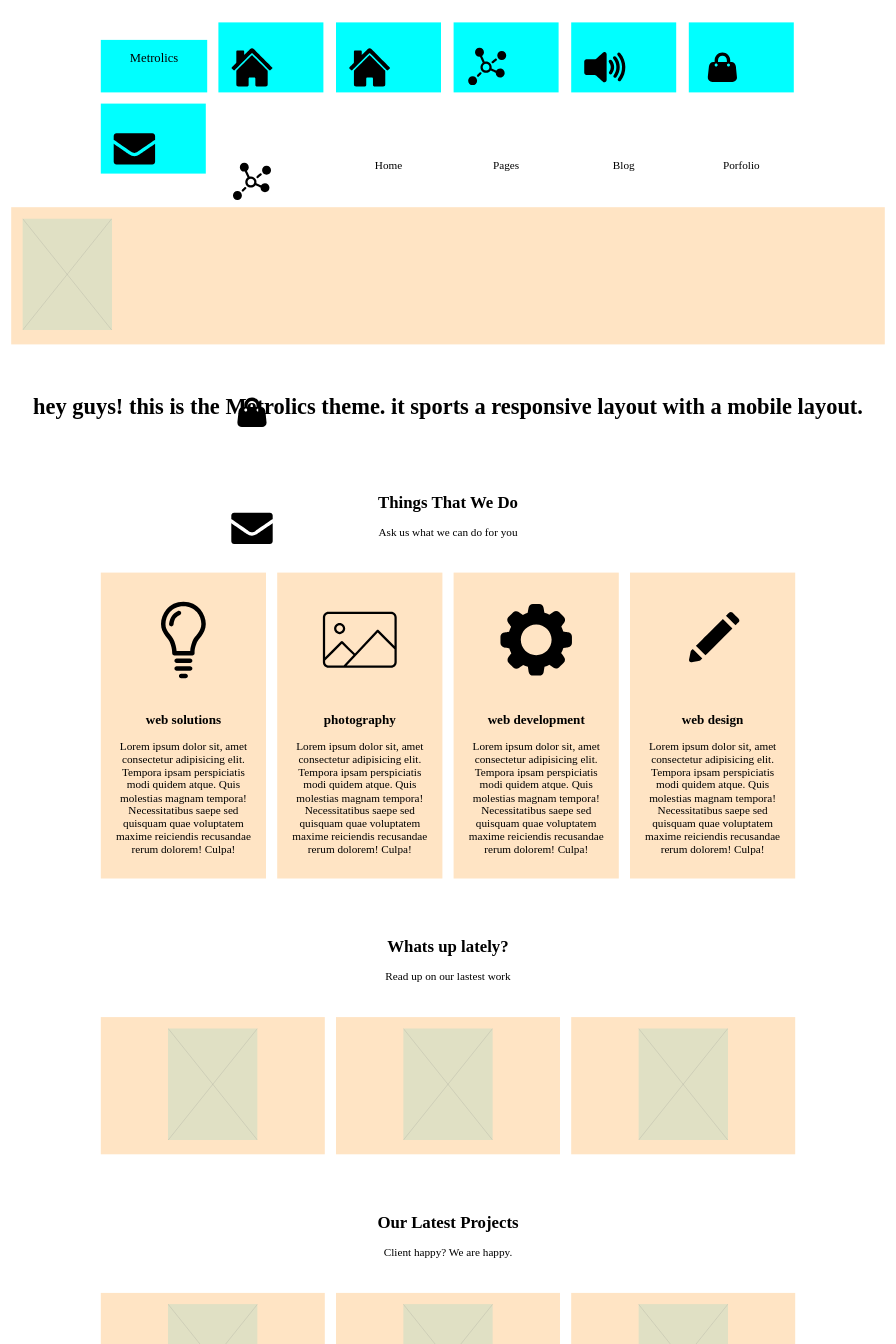
Repository: jjennbui/MDIA2003G-Assignment03B
Page: index.html
These files come from the project's save history. The page is drawn as it stood at one moment and after the next save; the edit follows.
The browser window is 1280 px wide. The pictures show the part of the page from y = 0 to 1920 px (the page is 2739 px tall before and 2660 px after), at 70% of full size.

Above is the page before, as saved 2023-01-30 23:10:56.

### index.html
<!doctype html>
<html class="no-js" lang="">

<head>
  <meta charset="utf-8">
  <title></title>
  <meta name="description" content="">
  <meta name="viewport" content="width=device-width, initial-scale=1">

  <meta property="og:title" content="">
  <meta property="og:type" content="">
  <meta property="og:url" content="">
  <meta property="og:image" content="">

  <link rel="manifest" href="site.webmanifest">
  <link rel="apple-touch-icon" href="icon.png">
  <!-- Place favicon.ico in the root directory -->

  <link rel="stylesheet" href="css/normalize.css">
  <link rel="stylesheet" href="css/main.css">

  <meta name="theme-color" content="#fafafa">
</head>

<body>

  <div class="menu">

    <div class="row tabs">
      <div class="Metrolics">Metrolics</div>

      <div class="navicon">
        <img src="img/house-solid.svg">
        <img src="img/network-solid.svg">
        <img src="img/volume-3-solid.svg">
        <img src="img/handbag-solid.svg">
        <img src="img/envelope-solid.svg">

      </div>

      <div class="navicon"> <img src="img/house-solid.svg"  >
      <p>Home</p> </div>
      <div class="navicon"> <img src="img/network-solid.svg">
      <p>Pages</p></div>
      <div class="navicon"><img src="img/volume-3-solid.svg">
      <p>Blog</p></div>
      <div class="navicon"> <img src="img/handbag-solid.svg">
      <p>Porfolio</p></div>
      <div class="navicon"> <img src="img/envelope-solid.svg">
      <p>Home</p> </div>
    </div>
    <div class="hamburger">
    <img src="img/three-bars-solid.svg">
    </div>
  </div>

  <div class="main-image">
    <div class="col">
      <img src="img/placeholder (1).svg">
    </div>
  </div>

  <div class="SECTION-ONE">
    <div class="text">
      <h1>hey guys! this is the Metrolics theme. it sports a responsive layout with a mobile layout.</h1>
    </div>
  </div>

  <div class="SECTION-TWO">

    <div class="text">
    <h2>Things That We Do</h2>
    <p>Ask us what we can do for you</p>
    </div>

    <div class="row m-row-2">
      <div class="col">
        <img src="img/fi-xnsuxl-bulb.svg" >
        <h3>web solutions</h3>
        <p>Lorem ipsum dolor sit, amet consectetur adipisicing elit. Tempora ipsam perspiciatis modi quidem atque. Quis
          molestias magnam tempora! Necessitatibus saepe sed quisquam quae voluptatem maxime reiciendis recusandae rerum
          dolorem! Culpa!</p>
      </div>
      <div class="col">
        <img src="img/fi-xtluxl-image-thin.svg">
        <h3>photography</h3>
        <p>Lorem ipsum dolor sit, amet consectetur adipisicing elit. Tempora ipsam perspiciatis modi quidem atque. Quis
          molestias magnam tempora! Necessitatibus saepe sed quisquam quae voluptatem maxime reiciendis recusandae rerum
          dolorem! Culpa!</p>
      </div>
      <div class="col">
        <img src="img/fi-xnsuxl-setting-solid.svg">
        <h3>web development</h3>
        <p>Lorem ipsum dolor sit, amet consectetur adipisicing elit. Tempora ipsam perspiciatis modi quidem atque. Quis
          molestias magnam tempora! Necessitatibus saepe sed quisquam quae voluptatem maxime reiciendis recusandae rerum
          dolorem! Culpa!</p>
      </div>
      <div class="col">
        <img src="img/fi-xwsuxl-pen.svg">
        <h3>web design</h3>
        <p>Lorem ipsum dolor sit, amet consectetur adipisicing elit. Tempora ipsam perspiciatis modi quidem atque. Quis
          molestias magnam tempora! Necessitatibus saepe sed quisquam quae voluptatem maxime reiciendis recusandae rerum
          dolorem! Culpa!</p>
      </div>
    </div>
  </div>

  <div class="SECTION-THREE">
    <div class="text">
      <h2>Whats up lately?</h2>
      <p>Read up on our lastest work</p>
    </div>
    <div class="row m-row-3">
      <div class="col m-row-span">
        <img src="img/placeholder (1).svg">
      </div>
      <div class="col">
        <img src="img/placeholder (1).svg">
      </div>
      <div class="col">
        <img src="img/placeholder (1).svg">
      </div>
      <div class="column">
        <img src="img/placeholder (1).svg">
      </div>
    </div>
  </div>

  <div class="SECTION-FOUR">
    <div class="text">
      <h2>Our Latest Projects</h2>
      <p>Client happy? We are happy.</p>
    </div>
    <div class="row m-row-4">
      <div class="col m-row-span">
        <img src="img/placeholder (1).svg">
      </div>
      <div class="col">
        <img src="img/placeholder (1).svg">
      </div>
      <div class="col">
        <img src="img/placeholder (1).svg">
      </div>
      <div class="col">
        <img src="img/placeholder (1).svg">
      </div>
      <div class="col">
        <img src="img/placeholder (1).svg">
      </div>
      <div class="col">
        <img src="img/placeholder (1).svg">
      </div>
    </div>
  </div>




  <div class="footer">
    <div class="text">
      <H1>FOOTER</H1>
    </div>
    <div class="row m-row-7">
    <div class="col">
      <H1>GRID</H1>
      <img src="img/placeholder (1).svg" alt="placeholder">
    </div>
    <div class="col">
      <H1>GRID</H1>
      <img src="img/placeholder (1).svg" alt="placeholder">
    </div>
    <div class="col2">
      <H1>GRID</H1>
      <img src="img/placeholder (1).svg" alt="placeholder">
    </div>
    <div class="col2">
      <H1>GRID</H1>
      <img src="img/placeholder (1).svg" alt="placeholder">
    </div>
  </div>
  </div>





</body>

</html>

### css/main.css
*,
*:before,
*:after {
  box-sizing: border-box;
}

img {
  width: 100%;

}




div,
main,
section,
footer,
main,
header {

  min-height: 1rem;
  padding: 1rem;


}


.navicon{
  position: relative;
  max-width: 150px;
  height: 100px;
  background-color: aqua;


}

.Metrolics{
  position: relative;
  margin-top: 25px;
  font-size: large;
  background-color: aqua;
}

.row {
  display: grid;
  row-gap: 1rem;

}

.col {
  position: relative;
  background-color: bisque;
}

.col2 {
  position: relative;
  background-color: bisque;
}

.column {
  background-color: bisque;
}

.tab {
  background-color: beige;
}

.text {
  text-align: center;
}

img {
  width: 8rem;
  height: 10rem;
}

.footer {
  background-color: aquamarine;
}

.hamburger {
  text-align: end;
}

.row {
  margin-left: 7rem;
  margin-right: 7rem;

  column-gap: 1rem;
  row-gap: 1rem;
  text-align: center;
}

/* Small only */
@media screen and (max-width: 39.9375em) {
  .tab {
    display: none;
  }

  .SECTION-FIVE {
    display: none;
  }

  .section-six {
    display: none;
  }

  .main-image {
    display: none;
  }

  .m-row-6 {
    grid-template-columns: repeat(3, 1fr);
  }

  .m-row-7 {
    grid-template-columns: repeat(1, 1fr);
  }

  img {
    width: 4rem;
    height: 8rem;
  }

  .col2 {
    display: none;
  }

  .tabs {
    display: none;
  }
}

/* Medium and up */
@media screen and (min-width: 40em) and (max-width: 55.9375em) {

  .m-row-2 {
    grid-template-columns: 1fr 1fr;
  }

  .m-row-3 {
    grid-template-columns: repeat(2, 1fr);
  }

  .m-row-4 {
    grid-template-columns: repeat(2, 1fr);
  }

  .hamburger {
    display: none;
  }

  .m-row-6 {
    grid-template-columns: repeat(1, 1fr);
  }

  .col2 {
    display: none;
  }

  .m-row-7 {
    grid-template-columns: repeat(1, 1fr);
  }

  .tabs {
    grid-template-columns: repeat(6, 1fr);
  }
}

/*Medium Only*/
@media screen and (min-width: 56em) and (max-width: 63.9375em) {
  .m-row-6 {
    grid-template-columns: repeat(5, 1fr);
  }

  .m-row-7 {
    grid-template-columns: repeat(2, 1fr);
  }

  .hamburger {
    display: none;
  }

  .tabs {
    grid-template-columns: repeat(6, 1fr);
  }

  .m-row-2{
    grid-template-columns: repeat(2, 1fr);
  }

  .m-row-3{
    grid-template-columns: repeat(2, 1fr);
  }

  .m-row-4 {
    grid-template-columns: repeat(2, 1fr);
  }
}

/* Large and up */
@media screen and (min-width: 64em) {
  .m-row-2 {
    grid-template-columns: repeat(4, 1fr);
  }

  .m-row-3 {
    grid-template-columns: 1fr 1fr 1fr;
  }

  .m-row-4 {
    grid-template-columns: repeat(3, 1fr);
  }

  .column {
    display: none;
  }

  .m-row-5 {
    grid-template-columns: repeat(2, 1fr);
  }

  .m-row-6 {
    grid-template-columns: repeat(5, 1fr);
  }

  .m-row-7 {
    grid-template-columns: repeat(4, 1fr);
  }

  .hamburger {
    display: none;
  }

  .tabs {
    grid-template-columns: repeat(6, 1fr);
  }



  /* Large only */
  @media screen and (min-width: 64em) and (max-width: 74.9375em) {}
}

### img/house-solid.svg
<?xml version="1.0" encoding="UTF-8" standalone="no"?>
<svg
    role="img"
    xmlns="http://www.w3.org/2000/svg"
    width="1000mm"
    height="1000mm"
    viewBox="0 0 2000 2000"
    style="max-width:1.6em; height: auto;">

    <path
        id="path"
        style="opacity:1;vector-effect:none;fill:#000000;fill-opacity:1;"
        d=" M 500 75C 514 75 528 82 540 94C 540 94 950 504 950 504C 960 514 960 519 950 529C 950 529 915 564 915 564C 905 574 895 574 885 564C 885 564 515 194 515 194C 505 184 495 184 485 194C 485 194 115 564 115 564C 105 574 95 574 85 564C 85 564 50 529 50 529C 40 519 40 514 50 504C 50 504 135 419 135 419C 145 409 150 399 150 389C 150 389 150 267 150 267C 150 267 150 154 150 154C 150 139 160 129 175 129C 175 129 300 129 300 129C 315 129 326 139 325 154C 325 154 325 229 325 229C 325 229 460 94 460 94C 472 82 486 75 500 75C 500 75 500 75 500 75M 500 236C 505 236 510 239 515 244C 515 244 835 564 835 564C 845 574 850 579 850 594C 850 594 850 879 850 879C 850 914 835 929 800 929C 800 929 600 929 600 929C 590 929 575 914 575 904C 575 904 575 754 575 754C 575 739 565 729 550 729C 550 729 450 729 450 729C 435 729 425 739 425 754C 425 754 425 904 425 904C 425 914 410 929 400 929C 400 929 200 929 200 929C 165 929 150 914 150 879C 150 879 150 594 150 594C 150 579 155 574 165 564C 165 564 485 244 485 244C 490 239 495 236 500 236C 500 236 500 236 500 236"
        transform="2.5">
    </path>
</svg>

### img/network-solid.svg
<?xml version="1.0" encoding="UTF-8" standalone="no"?>
<svg
    role="img"
    xmlns="http://www.w3.org/2000/svg"
    width="1000mm"
    height="1000mm"
    viewBox="0 0 2000 2000"
    style="max-width:1.6em; height: auto;">

    <path
        id="path"
        style="opacity:1;vector-effect:none;fill:#000000;fill-opacity:1;"
        d=" M 428 168C 428 202 411 232 386 250C 386 250 446 378 446 378C 455 376 465 375 475 375C 544 375 600 431 600 500C 600 509 599 518 597 527C 597 527 705 574 705 574C 723 547 754 528 790 528C 844 528 890 573 890 628C 890 683 844 728 790 728C 735 728 690 683 690 628C 690 626 690 624 690 622C 690 622 577 572 577 572C 554 604 517 625 475 625C 406 625 350 569 350 500C 350 459 370 423 401 400C 401 400 339 268 339 268C 335 268 331 268 328 268C 273 268 228 223 228 168C 228 114 273 68 328 68C 383 68 428 114 428 168C 428 168 428 168 428 168M 925 240C 925 295 880 340 825 340C 770 340 725 295 725 240C 725 186 770 140 825 140C 880 140 925 186 925 240C 925 240 925 240 925 240M 717 322C 720 332 717 344 709 351C 709 351 639 408 639 408C 628 417 612 415 603 405C 594 394 596 378 607 369C 607 369 677 312 677 312C 681 308 687 306 692 306C 693 306 693 306 693 306C 704 306 713 313 717 322C 717 322 717 322 717 322M 400 500C 400 542 433 575 475 575C 517 575 550 542 550 500C 550 458 517 425 475 425C 433 425 400 458 400 500C 400 500 400 500 400 500M 373 626C 377 635 375 646 368 653C 368 653 313 709 313 709C 303 719 287 719 277 709C 267 699 267 683 277 673C 277 673 332 618 332 618C 337 613 343 611 350 611C 350 611 350 611 351 611C 361 611 370 617 373 626C 373 626 373 626 373 626M 275 800C 275 855 230 900 175 900C 120 900 75 855 75 800C 75 745 120 700 175 700C 230 700 275 745 275 800C 275 800 275 800 275 800"
        transform="">
    </path>
</svg>

### img/volume-3-solid.svg
<?xml version="1.0" encoding="UTF-8" standalone="no"?>
<svg
    role="img"
    xmlns="http://www.w3.org/2000/svg"
    width="1000mm"
    height="1000mm"
  viewBox="0 0 2000 2000"
    style="max-width:1.6em; height: auto;">

    <path
        id="path"
        style="opacity:1;vector-effect:none;fill:#000000;fill-opacity:1;"
        d=" M 624 333C 635 333 646 338 653 347C 726 433 728 558 659 646C 651 657 637 663 624 661C 611 659 599 650 594 637C 589 625 591 611 600 600C 647 539 646 454 596 395C 586 384 584 369 590 355C 596 342 609 334 624 333C 624 333 624 333 624 333M 719 253C 731 253 742 258 749 267C 859 398 863 588 757 723C 749 734 736 739 722 738C 709 736 698 727 693 714C 688 702 690 688 698 677C 782 570 779 419 692 315C 682 304 680 288 686 275C 692 262 705 253 719 253C 719 253 719 253 719 253M 815 172C 827 172 837 177 845 186C 993 362 998 619 856 800C 848 811 834 816 821 815C 808 813 796 804 791 791C 786 779 788 765 797 754C 917 600 913 384 787 234C 778 223 775 208 781 195C 787 181 801 173 815 172C 815 172 815 172 815 172M 491 162C 498 162 505 164 511 167C 529 175 541 193 541 212C 541 212 541 788 541 788C 541 807 529 825 511 833C 493 841 472 838 457 825C 457 825 305 688 305 688C 296 680 284 675 272 675C 272 675 91 675 91 675C 78 675 65 670 56 660C 46 651 41 638 41 625C 41 625 41 375 41 375C 41 362 46 349 56 340C 65 330 78 325 91 325C 91 325 272 325 272 325C 284 325 296 320 305 312C 305 312 457 175 457 175C 467 167 479 162 491 162C 491 162 491 162 491 162"
        transform="">
    </path>
</svg>

### img/handbag-solid.svg
<?xml version="1.0" encoding="UTF-8" standalone="no"?>
<svg
    role="img"
    xmlns="http://www.w3.org/2000/svg"
    width="1000mm"
    height="1000mm"
    viewBox="0 0 2000 2000"
    style="max-width:1.6em; height: auto;">

    <path
        id="path"
        style="opacity:1;vector-effect:none;fill:#000000;fill-opacity:1;"
        d=" M 636 415C 617 415 601 431 601 450C 601 469 617 484 636 484C 655 484 670 469 670 450C 670 431 655 415 636 415C 636 415 636 415 636 415M 361 415C 341 415 326 430 326 449C 326 468 341 484 361 484C 380 484 395 468 395 449C 395 430 380 415 361 415C 361 415 361 415 361 415M 500 246C 445 246 402 290 402 344C 402 344 402 382 402 382C 402 382 600 382 600 382C 600 382 600 343 600 343C 600 289 555 245 500 246C 500 246 500 246 500 246M 500 171C 595 170 675 247 675 343C 675 343 675 382 675 382C 675 382 700 382 700 382C 755 382 795 428 800 480C 800 480 825 727 825 727C 830 785 780 829 725 829C 725 829 275 829 275 829C 220 829 169 785 175 727C 175 727 200 480 200 480C 205 428 245 382 300 382C 300 382 327 382 327 382C 327 382 327 344 327 344C 327 344 327 344 327 344C 327 249 405 171 500 171C 500 171 500 171 500 171"
        transform="">
    </path>
</svg>

### img/envelope-solid.svg
<?xml version="1.0" encoding="UTF-8" standalone="no"?>
<svg
    role="img"
    xmlns="http://www.w3.org/2000/svg"

    viewBox="0 0 2000 2000"
    style="max-width:1.6em; height: auto;">

    <path
        id="path"
        style="opacity:1;vector-effect:none;fill:#000000;fill-opacity:1;"
        d=" M 900 163C 934 163 962 191 962 225C 962 225 962 305 962 305C 962 305 579 569 579 569C 545 592 521 600 500 600C 479 600 455 592 421 569C 421 569 38 305 38 305C 38 305 38 225 38 225C 38 191 66 163 100 163C 100 163 900 163 900 163M 379 631C 379 631 379 631 379 631C 420 658 459 675 500 675C 541 675 580 658 621 631C 621 631 621 631 621 631C 621 631 962 396 962 396C 962 396 962 800 962 800C 962 834 934 862 900 862C 900 862 100 862 100 862C 66 862 38 834 38 800C 38 800 38 396 38 396C 38 396 379 631 379 631"
        transform="">
    </path>
</svg>

### img/fi-xnsuxl-bulb.svg
<?xml version="1.0" encoding="UTF-8" standalone="no"?>
<svg
    role="img"
    xmlns="http://www.w3.org/2000/svg"
    width="1000mm"
    height="1000mm"
    viewBox="0 0 1000 1000"
    style="max-width:1.6em; height: auto;">

    <path
        id="path"
        style="opacity:1;vector-effect:none;fill:#000000;fill-opacity:1;"
        d=" M 688 159C 729 207 750 269 750 325C 750 382 726 424 702 457C 678 489 655 514 649 533C 630 588 625 602 625 650C 625 664 614 675 600 675C 600 675 400 675 400 675C 386 675 375 664 375 650C 375 604 365 573 351 533C 342 504 319 482 296 451C 273 421 250 381 250 325C 250 269 271 207 312 159C 354 110 418 75 500 75C 582 75 646 110 688 159C 688 159 688 159 688 159M 350 191C 317 230 300 281 300 325C 300 369 315 394 336 421C 356 448 384 475 399 517C 410 551 421 584 424 625C 424 625 576 625 576 625C 578 588 586 563 601 517C 614 481 641 456 662 427C 683 398 700 368 700 325C 700 281 683 230 650 191C 616 152 568 125 500 125C 432 125 384 152 350 191C 350 191 350 191 350 191M 475 194C 477 206 472 217 461 222C 415 245 399 263 390 329C 388 342 375 352 361 350C 348 348 338 335 340 321C 351 247 385 205 439 178C 442 176 446 175 450 175C 462 175 472 183 475 194C 475 194 475 194 475 194M 575 710C 589 710 600 721 600 735C 600 749 589 760 575 760C 575 760 425 760 425 760C 411 760 400 749 400 735C 400 721 411 710 425 710C 425 710 575 710 575 710M 575 795C 589 795 600 806 600 820C 600 834 589 845 575 845C 575 845 425 845 425 845C 411 845 400 834 400 820C 400 806 411 795 425 795C 425 795 575 795 575 795M 525 880C 539 880 550 891 550 905C 550 919 539 930 525 930C 507 930 491 930 475 930C 461 930 450 919 450 905C 450 891 461 880 475 880C 491 880 507 880 525 880C 525 880 525 880 525 880"
        transform="">
    </path>
</svg>

Loaded but not shown: css/normalize.css (library)

After the next save:
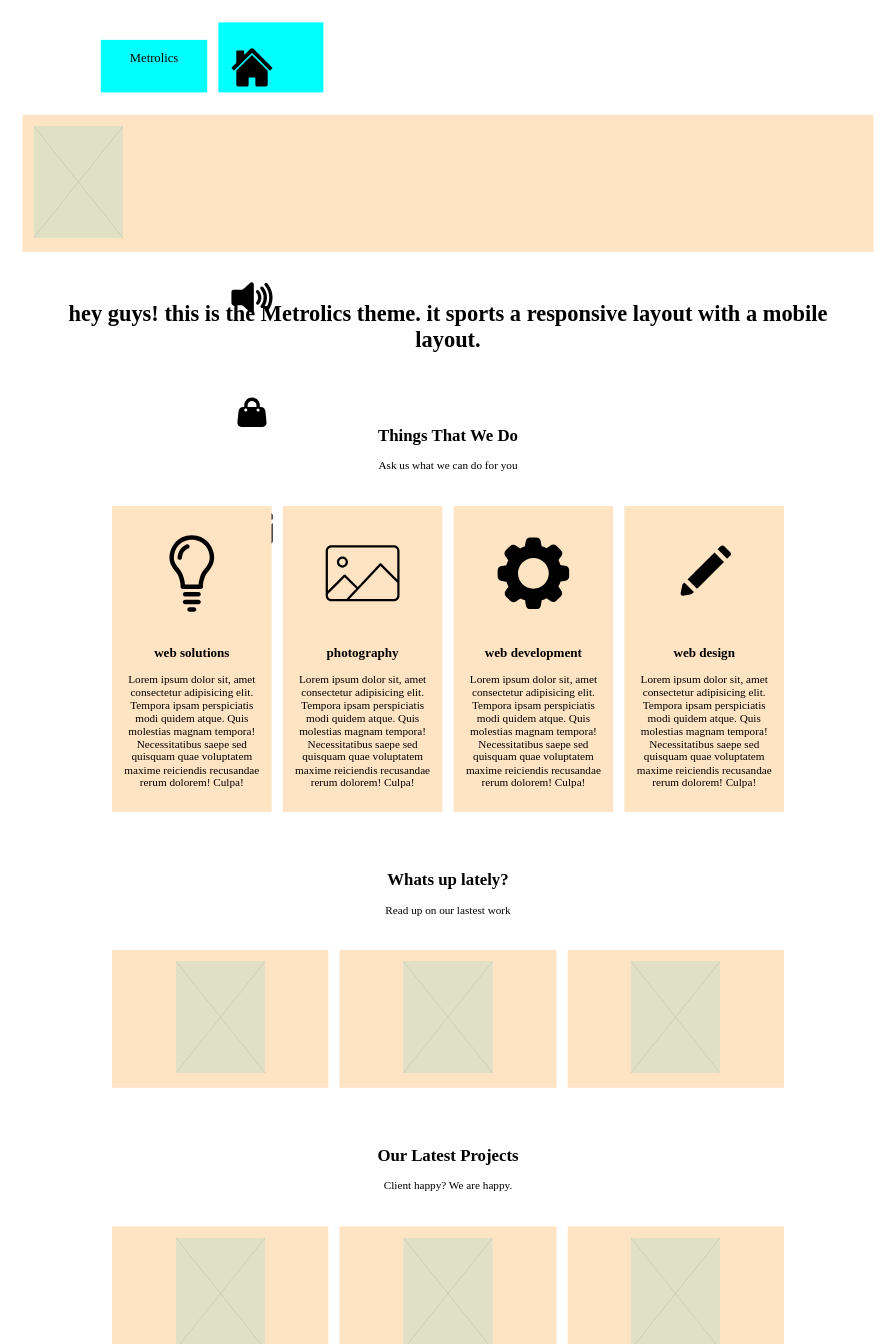
Saved 5 s later.
--- a/index.html
+++ b/index.html
@@ -38,17 +38,7 @@
 
       </div>
 
-      <div class="navicon"> <img src="img/house-solid.svg"  >
-      <p>Home</p> </div>
-      <div class="navicon"> <img src="img/network-solid.svg">
-      <p>Pages</p></div>
-      <div class="navicon"><img src="img/volume-3-solid.svg">
-      <p>Blog</p></div>
-      <div class="navicon"> <img src="img/handbag-solid.svg">
-      <p>Porfolio</p></div>
-      <div class="navicon"> <img src="img/envelope-solid.svg">
-      <p>Home</p> </div>
-    </div>
+
     <div class="hamburger">
     <img src="img/three-bars-solid.svg">
     </div>
